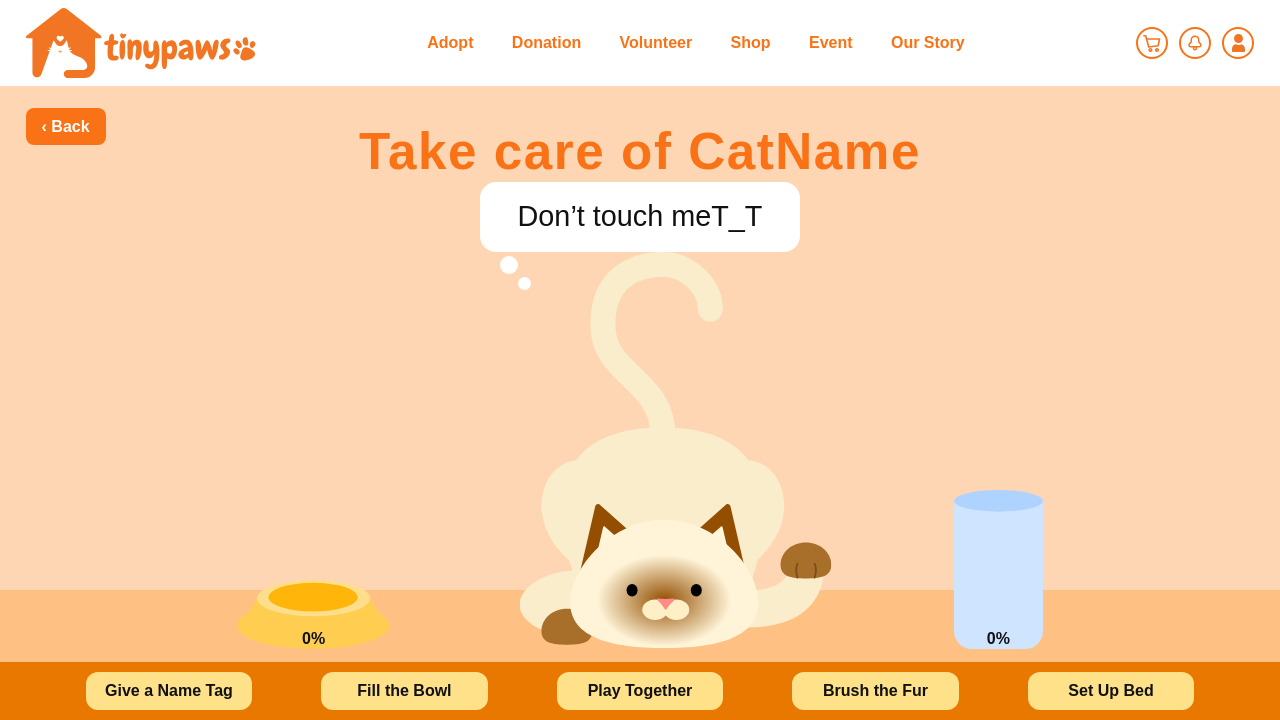
Repository: LShuyanLi/TinyPaws
Page: /, after clicking the first element matching `div > div`
The author's editor kept a copy of each file at every save. The page is drawn from the files as they stood at one save, then again after the next save.
The browser window is 1280 px wide. The pictures show the whole page.
The project was rebuilt for these pictures with package versions that can differ from the ones it lists, and the page was loaded fresh each time. The framework's server and built-in components were replaced by stand-ins that run in the browser. Also part of the build but not shown: next.config.mjs.

Above is the page before, as saved 2026-05-09 23:45:31.

### app/layout.js
import { Geist, Geist_Mono } from "next/font/google";
import "./globals.css";

const geistSans = Geist({
  variable: "--font-geist-sans",
  subsets: ["latin"],
});

const geistMono = Geist_Mono({
  variable: "--font-geist-mono",
  subsets: ["latin"],
});

export const metadata = {
  title: "Create Next App",
  description: "Generated by create next app",
};

export default function RootLayout({ children }) {
  return (
    <html lang="en" className={`${geistSans.variable} ${geistMono.variable}`}>
      <body>{children}</body>
    </html>
  );
}

### app/page.js
"use client";

import { useState } from "react";

import Header from "@/components/shared/Header";
import ChooseScreen from "@/components/shuyan/ChooseScreen";
import PlayScreen from "@/components/shuyan/PlayScreen";



export default function Home() {
  const [screen, setScreen] = useState("choose");
  const [selectedCat, setSelectedCat] = useState(null);

  function goToChoose() {
    setScreen("choose");
  }

  function goToPlay(catImage) {
    setSelectedCat(catImage);
    setScreen("play");
  }

  return (
    <main
      style={{
        width: "100vw",
        height: "100vh",
        margin: 0,
        overflow: "hidden",
        fontFamily: "Arial, Helvetica, sans-serif",
        backgroundColor: "#ffd6b3",
      }}
    >
      <Header />

      {screen === "choose" && (
        <ChooseScreen goToPlay={goToPlay} />
      )}

      {screen === "play" && (
        <PlayScreen
        goToChoose={goToChoose}
        selectedCat={selectedCat} />
      )}
    </main>
  );
}

### app/globals.css
:root {
  --background: #ffffff;
  --foreground: #171717;
}

@media (prefers-color-scheme: dark) {
  :root {
    --background: #0a0a0a;
    --foreground: #ededed;
  }
}

html {
  height: 100%;
}

html,
body {
  max-width: 100vw;
  overflow-x: hidden;
}

body {
  min-height: 100%;
  display: flex;
  flex-direction: column;
  color: var(--foreground);
  background: var(--background);
  font-family: Arial, Helvetica, sans-serif;
  -webkit-font-smoothing: antialiased;
  -moz-osx-font-smoothing: grayscale;
}

* {
  box-sizing: border-box;
  padding: 0;
  margin: 0;
}

a {
  color: inherit;
  text-decoration: none;
}

@media (prefers-color-scheme: dark) {
  html {
    color-scheme: dark;
  }
}

### components/shared/Header.jsx
// Displays the decorative top navigation area with the logo, nav menu, and icons.

export default function Header() {
  return (
    <header
      style={{
        width: "100%",
        height: "12vh",
        backgroundColor: "#ffffff",
        display: "flex",
        alignItems: "center",
        justifyContent: "space-between",
        padding: "0 2vw",
        boxSizing: "border-box",
      }}
    >
      <img
        src="/Logo.svg"
        alt="TinyPaws logo"
        style={{
          width: "18vw",
          minWidth: "150px",
          maxWidth: "270px",
          height: "auto",
        }}
      />

      <nav
        style={{
          display: "flex",
          gap: "3vw",
          color: "#f97316",
          fontWeight: "700",
          fontSize: "1rem",
        }}
      >
        <span>Adopt</span>
        <span>Donation</span>
        <span>Volunteer</span>
        <span>Shop</span>
        <span>Event</span>
        <span>Our Story</span>
      </nav>

      <div
        style={{
          display: "flex",
          gap: "0.7rem",
        }}
      >
        <button style={iconButtonStyle}>
         <img src="/chart.svg" style={iconImageStyle} />
        </button>

        <button style={iconButtonStyle}>
          <img src="/bell.svg" style={iconImageStyle} />
        </button>

        <button style={iconButtonStyle}>
         <img src="/user.svg" style={iconImageStyle} />
        </button>
      </div>
    </header>
  );
}

const iconButtonStyle = {
  width: "2rem",
  height: "2rem",
  border: "2px solid #f97316",
  borderRadius: "50%",
  backgroundColor: "#ffffff",
  color: "#f97316",
  cursor: "pointer",
  display: "flex",
  alignItems: "center",
  justifyContent: "center",
};

const iconImageStyle = {
  width: "1.1rem",
  height: "1.1rem",
  objectFit: "contain",
  display: "block",
};

### components/shuyan/ChooseScreen.jsx
import PokeCatBall from "@/components/shuyan/PokeCatBall";

export default function ChooseScreen({ goToPlay }) {

    return (
        <section
        style={{
            position: "relative",
            width: "100%",
            height: "88vh",
            backgroundColor: "#ffd6b3",
        }}
        >

        <h1
            style={{
            margin: 0,
            paddingTop: "5vh",
            textAlign: "center",
            color: "#f97316",
            fontSize: "clamp(2rem, 4vw, 3.3rem)",
            fontWeight: "700",
            letterSpacing: "0.03em",
            }}
        >
            Choose Your New Little Friend
        </h1>

        <div
            style={{
            position: "relative",
            zIndex: 5,
            width: "100%",
            display: "flex",
            justifyContent: "space-around",
            alignItems: "flex-start",
            marginTop: "8vh",
            padding: "0 4vw",
            boxSizing: "border-box",
            }}
        >
            <PokeCatBall
                closeBall="/CloseBall.svg"
                openBall="/OpenBall-1.svg"
                catImage="/cat-1.svg"
                goToPlay={goToPlay} />
            <PokeCatBall
                closeBall="/CloseBall.svg"
                openBall="/OpenBall-2.svg"
                catImage="/cat-2.svg"
                goToPlay={goToPlay} />
            <PokeCatBall
                closeBall="/CloseBall.svg"
                openBall="/OpenBall-3.svg"
                catImage="/cat-3.svg"
                goToPlay={goToPlay} />
        </div>

        <div
            style={{
            position: "absolute",
            left: 0,
            bottom: "7.5vh",
            width: "100%",
            height: "10vh",
            backgroundColor: "#ffc083",
            }}
        />

        <div
            style={{
            position: "absolute",
            left: 0,
            bottom: 0,
            width: "100%",
            height: "7.5vh",
            backgroundColor: "#e97800",
            }}
        />
        </section>
    );
}

### components/shuyan/PlayScreen.jsx
// PlayScreen.jsx: Builds the main cat play screen with the background, cat area, feeding area, tools, bed, and bottom buttons.

import BackButton from "@/components/shuyan/BackButton";
import BottomActionBar from "@/components/shuyan/BottomActionBar";
import CatDisplay from "@/components/shared/CatDisplay";
import FoodBowl from "@/components/Jinwon/FoodBowl";
import WaterBottle from "@/components/Jinwon/WaterBottle";
import CatEmotion from "@/components/Jessica/CatEmotion";

export default function PlayScreen({ goToChoose, selectedCat }) {
  return (
    <section
      style={{
        position: "relative",
        width: "100%",
        height: "88vh",
        backgroundColor: "#ffd6b3",
        overflow: "hidden",
      }}
    >
      <BackButton goToChoose={goToChoose}/>

      <h1
        style={{
          margin: 0,
          paddingTop: "5vh",
          textAlign: "center",
          color: "#f97316",
          fontSize: "clamp(2rem, 4vw, 3.3rem)",
          fontWeight: "700",
          letterSpacing: "0.03em",
          position: "relative",
          zIndex: 5,
        }}
      >
        Take care of CatName
      </h1>

      {/* Light orange ground */}
      <div
        style={{
          position: "absolute",
          left: 0,
          bottom: "8vh",
          width: "100%",
          height: "10vh",
          backgroundColor: "#ffc083",
          zIndex: 1,
        }}
      />

      {/* Main play area */}
      <div
        style={{
          position: "absolute",
          left: "50%",
          bottom: "10vh",
          transform: "translateX(-50%)",
          width: "75vw",
          height: "50vh",
          zIndex: 5,
        }}
      >
        <CatEmotion />
        <FoodBowl />
        <CatDisplay selectedCat={selectedCat}/>
        <WaterBottle />
      </div>

      <BottomActionBar />
    </section>
  );
}

### components/shuyan/PokeCatBall.jsx
"use client";
// Displays one selectable pokeCAT ball and shows its cat preview on hover.

import { useState } from "react";

export default function PokeCatBall({ closeBall, openBall, goToPlay, catImage }) {

    const [isHover, setIsHover] = useState(false);

    function pokecatBall() {
        if (!isHover) {
            return closeBall;
        } else {
            return openBall;
        }
    }

    return (
        <div
            onClick={() => goToPlay(catImage)}
            onMouseEnter={() => setIsHover(true)}
            onMouseLeave={() => setIsHover(false)}
            style={{
                width: "24vw",
                maxWidth: "380px",
                minWidth: "230px",
                height: "50vh",
                display: "flex",
                alignItems: "flex-start",
                justifyContent: "center",
                cursor: "pointer"
            }}
        >
        <img
            src={pokecatBall()}
            style={{
            width: "90%",
            objectFit: "contain",
            display: "block",
            }}
        />
        </div>
    );
}

### components/shuyan/BackButton.jsx
// Displays the back button and returns the user to the cat selection screen.


export default function BackButton({ goToChoose }) {
  return (
    <button
        onClick={goToChoose}
        style={{
            position: "absolute",
            top: "3vh",
            left: "2vw",
            backgroundColor: "#f97316",
            color: "#ffffff",
            border: "none",
            borderRadius: "8px",
            padding: "0.6rem 1rem",
            fontSize: "1rem",
            fontWeight: "600",
            cursor: "pointer",
            zIndex: 10,
      }}
    >
      ‹ Back
    </button>
  );
}

### components/shuyan/BottomActionBar.jsx
"use client";

// BottomActionBar.jsx: Displays the bottom interaction buttons and shows each hover bubble.

import { useState } from "react";

export default function BottomActionBar( {
  activeButton,
  setActiveButton,
  setSelectedBed, //these three are for the bed feature
  ballSpeed,
  setBallSpeed, //these two are for the play ball feature
  featherActive,
  setFeatherActive,
}) {
  return (
    <div
      style={{
        position: "absolute",
        left: 0,
        bottom: 0,
        width: "100%",
        height: "8vh",
        backgroundColor: "#e97800",
        display: "flex",
        alignItems: "center",
        justifyContent: "space-around",
        padding: "0 4vw",
        boxSizing: "border-box",
        zIndex: 20,
      }}
    >
      {/* Name button - Elina can connect this to NameTag modal later */}
      <div style={{ position: "relative" }}>
        <button style={buttonStyle}>Give a Name Tag</button>
      </div>

      {/* Feed button - Jinwon */}
      <div
        onMouseEnter={() => setActiveButton("feed")}
        onMouseLeave={() => setActiveButton(null)}
        style={{ position: "relative" }}
      >
        {activeButton === "feed" && (
          <div style={bubbleStyle}>
            <img src="/bubble-3.svg" style={bubbleBackgroundStyle} />

            {/* dry food option - Jinwon can add onClick here */}
            <img
              src="/dryfood.svg"
              style={{
                position: "absolute",
                top: "8%",
                left: "50%",
                transform: "translateX(-50%)",
                width: "45%",
                height: "auto",
                cursor: "pointer",
              }}
            />

            {/* wet food option - Jinwon can add onClick here */}
            <img
              src="/wetfood.svg"
              style={{
                position: "absolute",
                top: "34%",
                left: "50%",
                transform: "translateX(-50%)",
                width: "45%",
                height: "auto",
                cursor: "pointer",
              }}
            />

            {/* water option - Jinwon can add onClick here */}
            <img
              src="/water.svg"
              style={{
                position: "absolute",
                top: "60%",
                left: "50%",
                transform: "translateX(-50%)",
                width: "38%",
                height: "auto",
                cursor: "pointer",
              }}
            />
          </div>
        )}

        <button style={buttonStyle}>Fill the Bowl</button>
      </div>

      {/* Play button - Jonah handles ball/feather, Elina handles hand */}
      <div
        style={{ position: "relative" }}
      >
        {activeButton === "play" && (
          <div style={bubbleStyle}>
            <img src="/bubble-3.svg" style={bubbleBackgroundStyle} />

            {/* ball option - Jonah can add onClick here */}
            <img
              src="/ball.svg"
                onClick={() => {
                setFeatherActive(false);

                setBallSpeed(prev =>
                  prev === "stop"
                    ? "slow"
                    : prev === "slow"
                    ? "fast"
                    : "stop"
                );
              }}
              style={{
                position: "absolute",
                top: "8%",
                left: "50%",
                transform: "translateX(-50%)",
                width: "42%",
                height: "auto",
                cursor: "pointer",
                opacity: ballSpeed === "stop" ? 0.5 : 1
              }}
            />

            {/* feather option - Jonah can add onClick here */}
            <img
              src="/feather.svg"
              onClick={() => {
                setBallSpeed("stop");
                setFeatherActive(prev => !prev);
              }}
              style={{
                position: "absolute",
                top: "30%",
                left: "50%",
                transform: "translateX(-50%)",
                width: "55%",
                height: "auto",
                cursor: "pointer",
              }}
            />

            {/* hand option - Elina can add onClick here */}
            <img
              src="/hand.svg"
              style={{
                position: "absolute",
                top: "55%",
                left: "50%",
                transform: "translateX(-50%)",
                width: "42%",
                height: "auto",
                cursor: "pointer",
              }}
            />
          </div>
        )}

        <button
          style={buttonStyle}
          onClick={() =>
            setActiveButton(activeButton === "play" ? null : "play")
          }
        >Play Together</button>
      </div>

      {/* Brush button - Elina */}
      <div
        onMouseEnter={() => setActiveButton("brush")}
        onMouseLeave={() => setActiveButton(null)}
        style={{ position: "relative" }}
      >
        {activeButton === "brush" && (
          <div style={bubbleStyle}>
            <img src="/bubble-1.svg" style={bubbleBackgroundStyle} />

            {/* brush option - Elina can add onClick here */}
            <img
              src="/brush.svg"
              style={{
                position: "absolute",
                top: "22%",
                left: "50%",
                transform: "translateX(-50%)",
                width: "55%",
                height: "auto",
                cursor: "pointer",
              }}
            />
          </div>
        )}

        <button style={buttonStyle}>Brush the Fur</button>
      </div>

      {/* Bed button - Jonah */}
      <div
        style={{ position: "relative" }}
      >
        {activeButton === "bed" && (
          <div style={bubbleStyle}>
            <img src="/bubble-2.svg" style={bubbleBackgroundStyle} />

            {/* yellow bed option - Jonah can add onClick here */}
            <img
              src="/bed-1.svg"
              onClick={() => {
                setSelectedBed(prev =>
                  prev === "yellow" ? null : "yellow"
                );
              }}
              style={{
                position: "absolute",
                top: "12%",
                left: "50%",
                transform: "translateX(-50%)",
                width: "55%",
                height: "auto",
                cursor: "pointer",
              }}
            />

            {/* green bed option - Jonah can add onClick here */}
            <img
              src="/bed-2.png"
              onClick={() => {
                setSelectedBed(prev =>
                  prev === "green" ? null : "green"
                );
              }}
              style={{
                position: "absolute",
                top: "48%",
                left: "50%",
                transform: "translateX(-50%)",
                width: "55%",
                height: "auto",
                cursor: "pointer",
              }}
            />
          </div>
        )}

        <button
          style={buttonStyle}
          onClick={() =>
            setActiveButton(activeButton === "bed" ? null : "bed")
          }
        >Set Up Bed</button>
      </div>
    </div>
  );
}

const buttonStyle = {
  width: "13vw",
  minWidth: "150px",
  maxWidth: "200px",
  height: "2.4rem",
  border: "none",
  borderRadius: "12px",
  backgroundColor: "#ffe18a",
  color: "#111111",
  fontSize: "1rem",
  fontWeight: "600",
  cursor: "pointer",
};

const bubbleStyle = {
  position: "absolute",
  left: "50%",
  bottom: "3.4rem",
  transform: "translateX(-50%)",
  width: "7vw",
  minWidth: "95px",
  maxWidth: "140px",
  zIndex: 40,
};

const bubbleBackgroundStyle = {
  width: "100%",
  height: "auto",
  display: "block",
};

### components/shared/CatDisplay.jsx
// CatDisplay.jsx: Displays the selected cat image on the play screen.

export default function CatDisplay({
  selectedBed,
  ballSpeed,
  featherActive,
}) {
  let catImage = "/cat-1.svg";

  let catStyle = {
    width: "48%",
    height: "48%",
    objectFit: "contain",
    position: "absolute",
    bottom: "0px",
    left: "250px",
  };

  if (featherActive) {
    catImage = "/catreach-1.svg";

    catStyle = {
      ...catStyle,
      width: "110%",
      left: "0px",
    }

  } else if (ballSpeed !== "stop") {
    catImage = "/catcrouch-1.svg";
  }

  return (
    <div
      style={{
        position: "absolute",
        left: "50%",
        bottom: "0",
        transform: "translateX(-50%)",
        zIndex: 1,
      }}
    >
      {selectedBed === "yellow" && (
        <img
          src="/yellow-bed.svg"
          style={{
            position: "absolute",
            bottom: "-130px",
            left: "50%",
            transform: "translateX(-50%)",
            width: "30vw",
            minWidth: "200px",
            zIndex: 0,
          }}
        />
      )}

      {selectedBed === "green" && (
        <img
          src="/green-bed.svg"
          style={{
            position: "absolute",
            bottom: "-130px",
            left: "50%",
            transform: "translateX(-50%)",
            width: "30vw",
            minWidth: "200px",
            zIndex: 0,
          }}
        />
      )}
      <div
        style={{
          width: "825px",
          height: "825px",
          position: "relative",
        }}
      >
        <img
          src={catImage}
          style={catStyle}
        />
      </div>
    </div>
  );
}

### components/Jinwon/FoodBowl.jsx
// FoodBowl.jsx: Displays the bowl and shows dry or wet food when the bowl is clicked.

export default function FoodBowl({ bowlType }) {
  const isBowlFilled = bowlType === "dry" || bowlType === "wet";
  const fillImage = bowlType === "wet" ? "/wetfood.svg" : "/dryfood.svg";

  return (
    <div
      style={{
        position: "absolute",
        left: "8%",
        bottom: "0",
        zIndex: 10,
        textAlign: "center",
      }}
    >
      <img
        src="/bowl.svg"
        style={{
          width: "12vw",
          minWidth: "120px",
          maxWidth: "190px",
          height: "auto",
          display: "block",
        }}
      />

      {isBowlFilled && (
        <img
          src={fillImage}
          style={{
            position: "absolute",
            left: "50%",
            bottom: "22px",
            transform: "translateX(-50%)",
            width: "50%",
            height: "auto",
          }}
        />
      )}

      <p
        style={{
          margin: "-1.2rem 0 0",
          color: "#111111",
          fontSize: "1rem",
          fontWeight: "700",
        }}
      >
        {isBowlFilled ? "100%" : "0%"}
      </p>
    </div>
  );
}

### components/Jinwon/WaterBottle.jsx
// WaterBottle.jsx: Displays the water bottle and shows water level when the bottle is clicked.

export default function WaterBottle({ hasWater }) {
  const isBottleFilled = hasWater;

  return (
    <div
      style={{
        position: "absolute",
        right: "8%",
        bottom: "0",
        zIndex: 10,
        textAlign: "center",
      }}
    >
      <img
        src="/water-bottle.svg"
        style={{
          width: "7vw",
          minWidth: "80px",
          maxWidth: "130px",
          height: "auto",
          display: "block",
        }}
      />

      {isBottleFilled && (
        <img
          src="/water.svg"
          style={{
            position: "absolute",
            left: "50%",
            bottom: "22px",
            transform: "translateX(-50%)",
            width: "44%",
            height: "auto",
          }}
        />
      )}

      <p
        style={{
          margin: "-1.2rem 0 0",
          color: "#111111",
          fontSize: "1rem",
          fontWeight: "700",
        }}
      >
        {isBottleFilled ? "100%" : "0%"}
      </p>
    </div>
  );
}

### components/Jessica/CatEmotion.jsx
// CatEmotion.jsx: Displays the cat’s emotion emoji and thought bubble based on interaction results.

export default function CatEmotion() {
  return (
    <div
      style={{
        position: "absolute",
        left: "50%",
        bottom: "55vh",
        transform: "translateX(-50%)",
        zIndex: 30,
      }}
    >
      {/* Thought bubble box */}
      <div
        style={{
          position: "relative",
          width: "320px",
          minHeight: "70px",
          backgroundColor: "#ffffff",
          borderRadius: "16px",
          display: "flex",
          alignItems: "center",
          justifyContent: "center",
          padding: "0 1.5rem",
          boxSizing: "border-box",
          color: "#111111",
          fontSize: "1.8rem",
          fontWeight: "400",
        }}
      >
        Don’t touch meT_T
      </div>

      {/* Small bubble dots */}
      <div
        style={{
          position: "absolute",
          left: "20px",
          bottom: "-22px",
          width: "18px",
          height: "18px",
          backgroundColor: "#ffffff",
          borderRadius: "50%",
        }}
      />

      <div
        style={{
          position: "absolute",
          left: "38px",
          bottom: "-38px",
          width: "13px",
          height: "13px",
          backgroundColor: "#ffffff",
          borderRadius: "50%",
        }}
      />
    </div>
  );
}

After the next save:
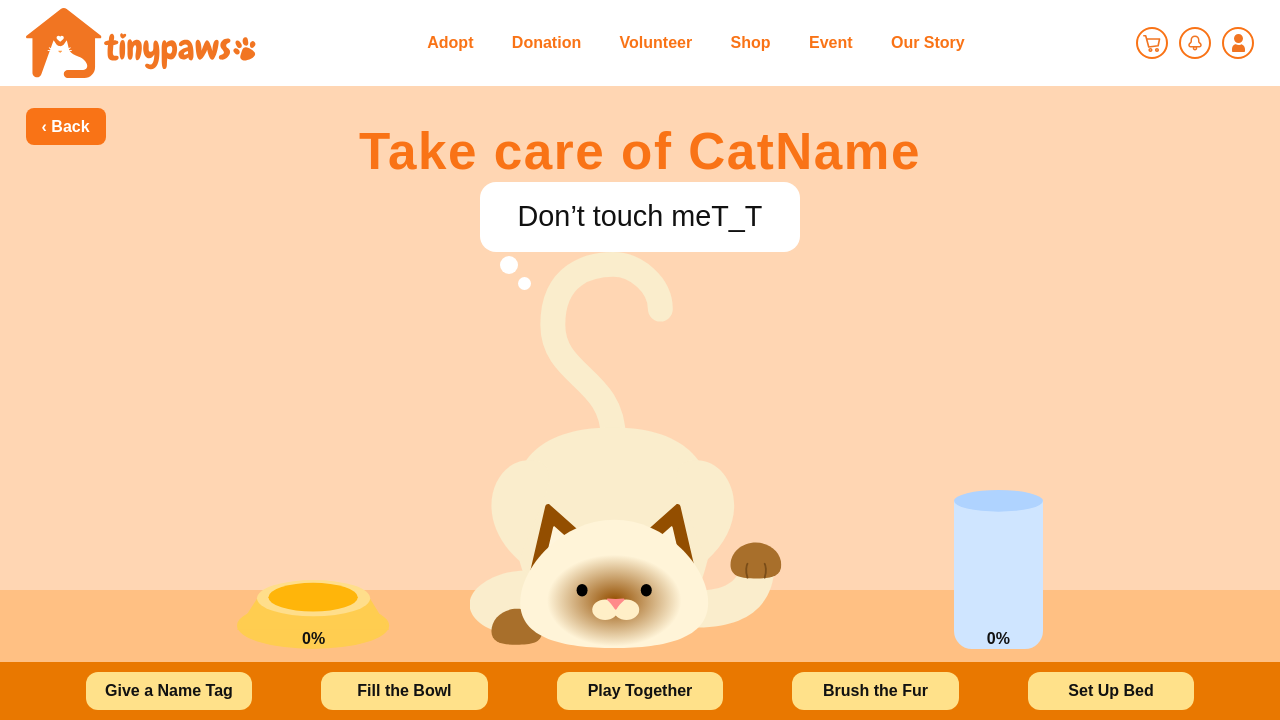
Saved 4 s later.
--- a/components/shared/CatDisplay.jsx
+++ b/components/shared/CatDisplay.jsx
@@ -13,7 +13,7 @@ export default function CatDisplay({
     objectFit: "contain",
     position: "absolute",
     bottom: "0px",
-    left: "250px",
+    left: "200px",
   };
 
   if (featherActive) {
